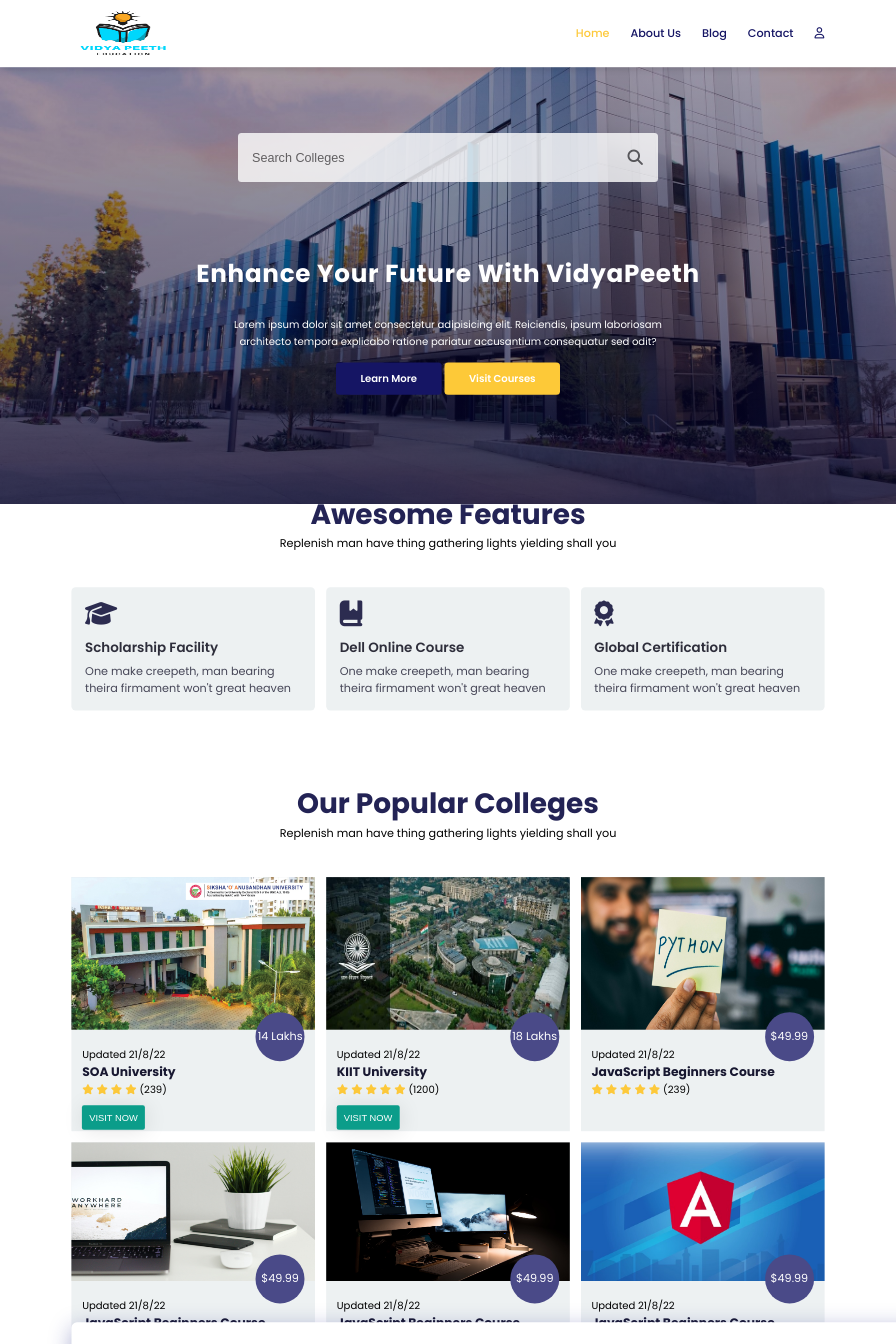
Repository: NamanSahu09/VidyaPreet-Ed-Tech-Website
Page: index.html
These files come from the project's save history. The page is drawn as it stood at one moment and after the next save; the edit follows.
The browser window is 1280 px wide. The pictures show the part of the page from y = 0 to 1920 px (the page is 3656 px tall), at 70% of full size.
Some web libraries are served in a nearby version.

Above is the page before, as saved 2024-04-11 15:40:13.

### index.html
<!DOCTYPE html>
<html lang="en">
<head>
	<meta charset="UTF-8">
	<meta name="viewport" content="width=device-width, initial-scale=1.0">
	<title>VidyaPeeth</title>

	<!-- font Awesome CDN link -->
	<link rel="stylesheet" href="https://cdnjs.cloudflare.com/ajax/libs/font-awesome/6.1.1/css/all.min.css" />

	<!-- External CSS -->
	<link rel="stylesheet" href="style.css">

	<!-- JQuery CDN link -->
	<script src="https://code.jquery.com/jquery-3.6.0.min.js" integrity="sha256-/xUj+3OJU5yExlq6GSYGSHk7tPXikynS7ogEvDej/m4=" crossorigin="anonymous"></script>


	<!-- Awesome Font -->
	<script src="https://kit.fontawesome.com/fec0f6ecb6.js" crossorigin="anonymous"></script>







</head>
<body>
	<!-- Navigation start -->
	<nav>
		<img src="img/Vidya peeth.png" class="logo" alt="" height="70px"  width="250px"/>

		<div class="navigation">
			<ul>
				<i id="menu-close" class="fas fa-times"></i>
				<li><a href="index.html" class="active">Home</a></li>
				<li><a href="about.html">About Us</a></li>
				<li><a href="blog.html">Blog</a></li>
				<!-- <li><a href="courses.html">Courses</a></li> -->
				<li><a href="contact.html">Contact</a></li>
				<li><a href="#">
					<i class="far fa-user"></i>
					</a>
				</li>


			</ul>

			<img src="img/menu.png" id="menu-btn" alt="">
		</div>
	</nav>
	<!-- Navigation ends -->



  <!-- login sign-up-form -->

  <div class="form">
    <!-- login -->
    <div class="login-form">

      <!-- cancel-btn -->

      <a href="#" class="form-cancel">
        <i class="fas fa-times"></i>
      </a>


      <strong>Log In</strong>
      <!-- inputs -->
      <form >
        <input type="email" placeholder="Example@gmail.com" name="email" required>
        <input type="password" placeholder="Password" name="password" required>
        <!-- submit-btn -->
        <input type="submit" value="Log In">
      </form>

      <!-- Forget-and-signup -->
      <div class="form-btns">
          <a href="#" class="forget">Forget Your Password?</a>
          <a href="#" class="sign-up-btn">Create Account</a>
    </div>

    </div>




     <!-- Sign Up -->
     <div class="sign-up-form">

      <!-- cancel-btn -->

      <a href="#" class="form-cancel">
        <i class="fas fa-times"></i>
      </a>


      <strong>Sign In</strong>
      <!-- inputs -->
      <form >
        <input type="text" placeholder="Full Name" name="fullname" required>
        <input type="email" placeholder="Example@gmail.com" name="email" required>
        <input type="password" placeholder="Password" name="password" required>
        <!-- submit-btn -->
        <input type="submit" value="Sign Up">
      </form>

      <!-- Forget-and-signup -->
      <div class="form-btns">
          <a href="#" class="already-acount">Already have Account?</a>
    </div>

    </div>

  </div>


















	<!-- Hero section starts from here -->
	<section id="home">
			<div class="search-box">
				<div class="row">
					<input type="text" id="input-box" placeholder="Search Colleges" autocomplete="off">
					<button class="search"><i class="fa-solid fa-magnifying-glass"></i></button>
				</div>
				<div class="result-box">

				</div>
			</div>



		<h2>
			Enhance Your Future With VidyaPeeth
		</h2>
		<p>
			Lorem ipsum dolor sit amet consectetur adipisicing elit. Reiciendis, ipsum laboriosam architecto tempora explicabo ratione pariatur accusantium consequatur sed odit?
		</p>
		<div class="btn">
			<a href="#" class="blue">Learn More</a>
			<a href="#" class="yellow">Visit Courses</a>
		</div>
	</section>
	<!-- Hero section ends from here -->


	<!-- Features section starts from here -->
	<section id="features">
		<h1>Awesome Features</h1>
		<p>Replenish man have thing gathering lights yielding shall you</p>

		<div class="fea-base">
			<div class="fea-box">
				<i class="fas fa-graduation-cap"></i>
				<h3>Scholarship Facility</h3>
				<p>
					One make creepeth, man bearing theira firmament won't great heaven
				</p>
			</div>

			<div class="fea-box">
				<i class="fa-solid fa-book-bookmark"></i>
				<h3>Dell Online Course</h3>
				<p>
					One make creepeth, man bearing theira firmament won't great heaven
				</p>
			</div>

			<div class="fea-box">
				<i class="fas fa-award"></i>
				<h3>Global Certification</h3>
				<p>
					One make creepeth, man bearing theira firmament won't great heaven
				</p>
			</div>
		</div>
	</section>
	<!-- Features section ends from here -->








	<!-- Courses section starts from here -->
	<section id="course">
		<h1>Our Popular Colleges</h1>
		<p>Replenish man have thing gathering lights yielding shall you</p>

		<div class="course-box">
			<div class="courses">
				<img src="Colleges/soa.jpg" alt="">
				<div class="details">
					<span>Updated 21/8/22</span>
					<h6>SOA University</h6>

					<div class="star">
						<i class="fa-solid fa-star"></i>
						<i class="fa-solid fa-star"></i>
						<i class="fa-solid fa-star"></i>
						<i class="fa-solid fa-star"></i>


						<span>(239)</span>
					</div>
					<button onclick="location.href='https://www.soa.ac.in/'" class="apply-btn"> Visit Now </button>
				</div>
				<div class="cost">14 Lakhs</div>
			</div>

			<div class="courses">
				<img src="Colleges/kiit-uni.jpg" alt="">
				<div class="details">
					<span>Updated 21/8/22</span>
					<h6>KIIT University</h6>

					<div class="star">
						<i class="fa-solid fa-star"></i>
						<i class="fa-solid fa-star"></i>
						<i class="fa-solid fa-star"></i>
						<i class="fa-solid fa-star"></i>
						<i class="fa-solid fa-star"></i>

						<span>(1200)</span>
					</div>
					<button onclick="location.href='https://kiit.ac.in/'" class="apply-btn"> Visit Now </button>
				</div>
				<div class="cost">18 Lakhs</div>


			</div>

			<div class="courses">
				<img src="img/c3.jpg" alt="">
				<div class="details">
					<span>Updated 21/8/22</span>
					<h6>JavaScript Beginners Course</h6>

					<div class="star">
						<i class="fa-solid fa-star"></i>
						<i class="fa-solid fa-star"></i>
						<i class="fa-solid fa-star"></i>
						<i class="fa-solid fa-star"></i>
						<i class="fa-solid fa-star"></i>

						<span>(239)</span>
					</div>
				</div>
				<div class="cost">$49.99</div>
			</div>

			<div class="courses">
				<img src="img/c4.jpg" alt="">
				<div class="details">
					<span>Updated 21/8/22</span>
					<h6>JavaScript Beginners Course</h6>

					<div class="star">
						<i class="fa-solid fa-star"></i>
						<i class="fa-solid fa-star"></i>
						<i class="fa-solid fa-star"></i>
						<i class="fa-solid fa-star"></i>
						<i class="fa-solid fa-star"></i>

						<span>(239)</span>
					</div>
				</div>
				<div class="cost">$49.99</div>
			</div>

			<div class="courses">
				<img src="img/c5.jpg" alt="">
				<div class="details">
					<span>Updated 21/8/22</span>
					<h6>JavaScript Beginners Course</h6>

					<div class="star">
						<i class="fa-solid fa-star"></i>
						<i class="fa-solid fa-star"></i>
						<i class="fa-solid fa-star"></i>
						<i class="fa-solid fa-star"></i>
						<i class="fa-solid fa-star"></i>

						<span>(239)</span>
					</div>
				</div>
				<div class="cost">$49.99</div>
			</div>

			<div class="courses">
				<img src="img/c6.jpg" alt="">
				<div class="details">
					<span>Updated 21/8/22</span>
					<h6>JavaScript Beginners Course</h6>

					<div class="star">
						<i class="fa-solid fa-star"></i>
						<i class="fa-solid fa-star"></i>
						<i class="fa-solid fa-star"></i>
						<i class="fa-solid fa-star"></i>
						<i class="fa-solid fa-star"></i>

						<span>(239)</span>
					</div>
				</div>
				<div class="cost">$49.99</div>
			</div>
		</div>
	</section>
	<!-- Courses section ends from here -->


	<!-- Registration section starts from here -->
	<section id="registration">
		<div class="reminder">
			<p>Get 100 Online Courses for Free</p>
			<h1>Registration To Get It</h1>

			<div class="time">
				<div class="date">18 <br> Days</div>
				<div class="date">23 <br> Hours</div>
				<div class="date">06 <br> Minutes</div>
				<div class="date">58 <br> Seconds</div>
			</div>
		</div>

		<div class="form">
			<h3>Create Free Account NOW!</h3>

			<input type="text" placeholder="Name" name="" id="">
			<input type="email" placeholder="Email ID" name="" id="">
			<input type="text" placeholder="Contact Number" name="" id="">

			<div class="btn">
				<a href="#" class="yellow">Submit Form</a>
			</div>
		</div>
	</section>
	<!-- Registration section ends from here -->


	<!-- Experts section starts from here -->
	<section id="experts">
		<h1>Community Experts</h1>
		<p>Replenish man have thing gathering lights yielding shall you</p>
		<div class="expert-box">
			<div class="profile">
				<img src="img/pro1.webp" alt="">
				<h6>Ema Ernik</h6>
				<p>Python & Algorithms Expert</p>
				<div class="pro-links">
					<i class="fab fa-facebook"></i>
					<i class="fab fa-instagram"></i>
					<i class="fab fa-linkedin-in"></i>
				</div>
			</div>

			<div class="profile">
				<img src="img/pro2.webp" alt="">
				<h6>Jason chua</h6>
				<p>Data Design Expert</p>
				<div class="pro-links">
					<i class="fab fa-facebook"></i>
					<i class="fab fa-instagram"></i>
					<i class="fab fa-linkedin-in"></i>
				</div>
			</div>

			<div class="profile">
				<img src="img/pro3.webp" alt="">
				<h6>Maalik Halper</h6>
				<p>Full Stack Developer</p>
				<div class="pro-links">
					<i class="fab fa-facebook"></i>
					<i class="fab fa-instagram"></i>
					<i class="fab fa-linkedin-in"></i>
				</div>
			</div>

			<div class="profile">
				<img src="img/pro4.webp" alt="">
				<h6>Jennifer Lopez</h6>
				<p>Design Expert</p>
				<div class="pro-links">
					<i class="fab fa-facebook"></i>
					<i class="fab fa-instagram"></i>
					<i class="fab fa-linkedin-in"></i>
				</div>
			</div>
		</div>
	</section>
	<!-- Experts section ends from here -->

	<!-- Footer section starts from here -->
	<footer>
		<div class="footer-col">
			<h3>Top Products</h3>
			<li>Manage Reputation</li>
			<li>Power Tools</li>
			<li>Managed Website</li>
			<li>Marketing Service</li>
		</div>

		<div class="footer-col">
			<h3>Power Tools</h3>
			<li>Jobs</li>
			<li>Marketing Service</li>
			<li>Top Products</li>
			<li>Manage Reputation</li>
		</div>

		<div class="footer-col">
			<h3>Power Tools</h3>
			<li>Managed Website</li>
			<li>Manage Reputation</li>
			<li>Top Products</li>
			<li>Marketing Service</li>
		</div>

		<div class="footer-col">
			<h3>Guides</h3>
			<li>Research</li>
			<li>Experts</li>
			<li>Managed Website</li>
			<li>Marketing Service</li>
		</div>

		<div class="footer-col">
			<h3>Newsletter</h3>
			<p>You can trust us. we only send promo offers.</p>

			<div class="subscribe">
				<input type="email" placeholder="Your email Address">
				<a href="#" class="yellow">SUBSCRIBE</a>
			</div>
		</div>

		<div class="copyright">
			<p>
				Copyright @ 2024 All rights reserved.
			</p>
			<div class="pro-links">
				<i class="fab fa-facebook"></i>
				<i class="fab fa-instagram"></i>
				<i class="fab fa-linkedin-in"></i>
			</div>
		</div>
	</footer>
	<!-- Footer section ends from here -->

	<script>
		// Show menu links on burger click
		$('#menu-btn').click(function(){
			$('nav .navigation ul').addClass('active')
		});

		// Hide navbar on click function
		$('#menu-close').click(function(){
			$('nav .navigation ul').removeClass('active')
		});

 /*---For Login and Sign-up----------------------------*/

 $(document).on('click', '.far.fa-user', function(){
    $('.form').addClass('login-active').removeClass('sign-up-active');
});

$(document).on('click', '.sign-up-btn', function(){
    $('.form').removeClass('login-active').addClass('sign-up-active');
});

$(document).on('click', '.form-cancel', function(){
    $('.form').removeClass('login-active').removeClass('sign-up-active');
});

$(document).on('click', '.already-acount', function(){
    $('.form').addClass('login-active').removeClass('sign-up-active');
});


	</script>

<script src="autocomplete.js"></script>





</body>
</html>

Loaded but not shown: autocomplete.js (44 lines, source omitted); style.css (903 lines, source omitted)

After the next save:
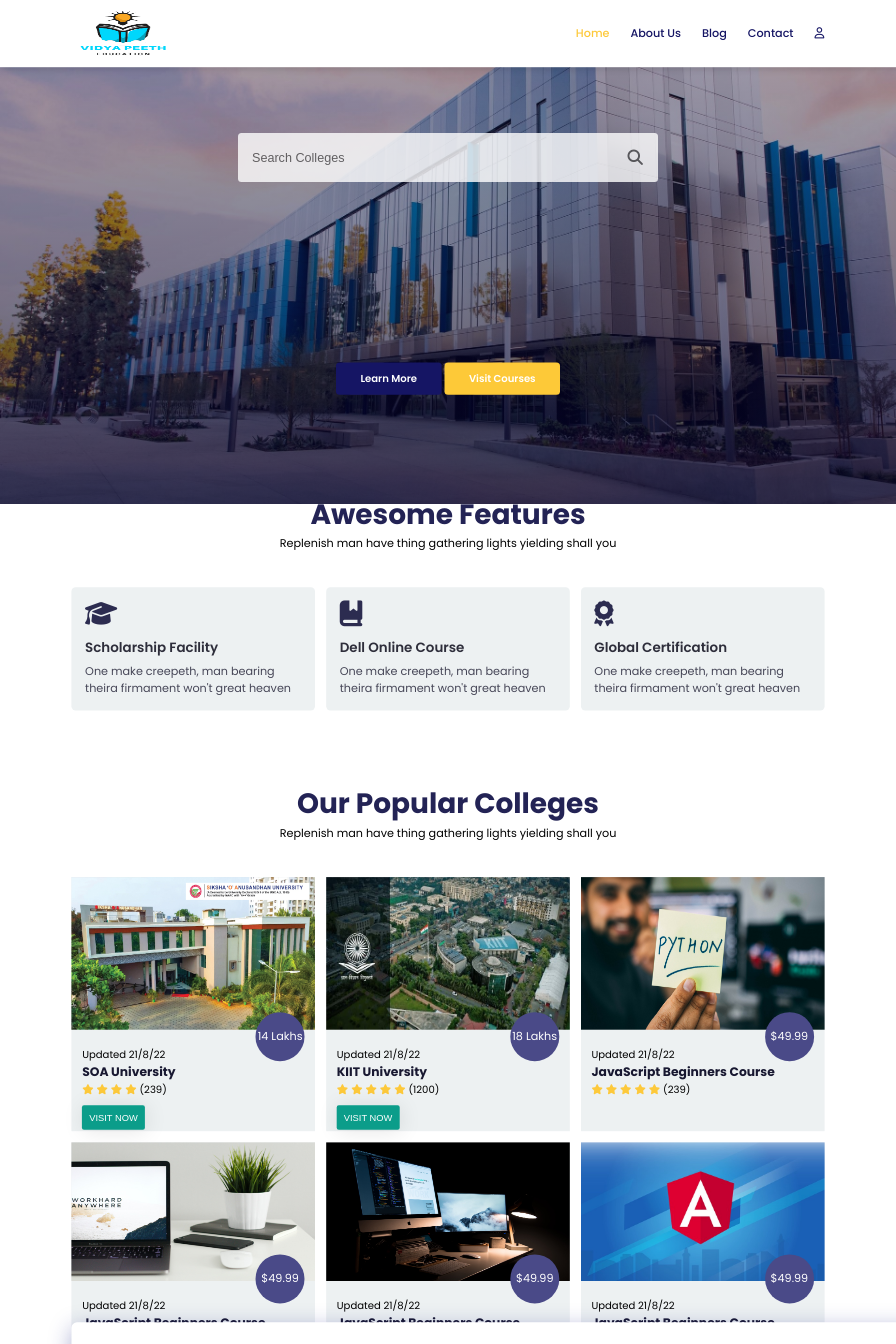
Saved 81 s later.
--- a/index.html
+++ b/index.html
@@ -146,12 +146,12 @@
 
 
 
-		<h2>
+		<!-- <h2>
 			Enhance Your Future With VidyaPeeth
 		</h2>
 		<p>
 			Lorem ipsum dolor sit amet consectetur adipisicing elit. Reiciendis, ipsum laboriosam architecto tempora explicabo ratione pariatur accusantium consequatur sed odit?
-		</p>
+		</p> -->
 		<div class="btn">
 			<a href="#" class="blue">Learn More</a>
 			<a href="#" class="yellow">Visit Courses</a>
